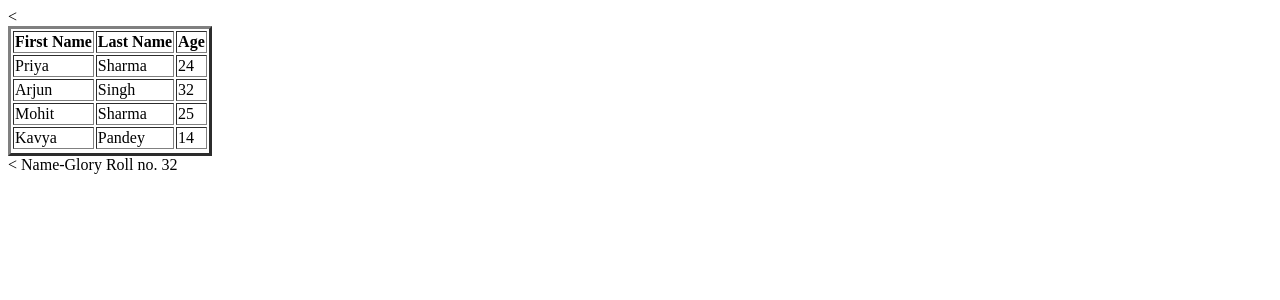
Repository: Glory998/ELCE1-32
Page: Table.html
An editor plug-in stored every save of this project. The page is shown before and after the next save, followed by the edit.
The browser window is 1280 px wide. The pictures show the whole page.

Above is the page before, as saved 2025-10-25 01:37:04.

After the next save:
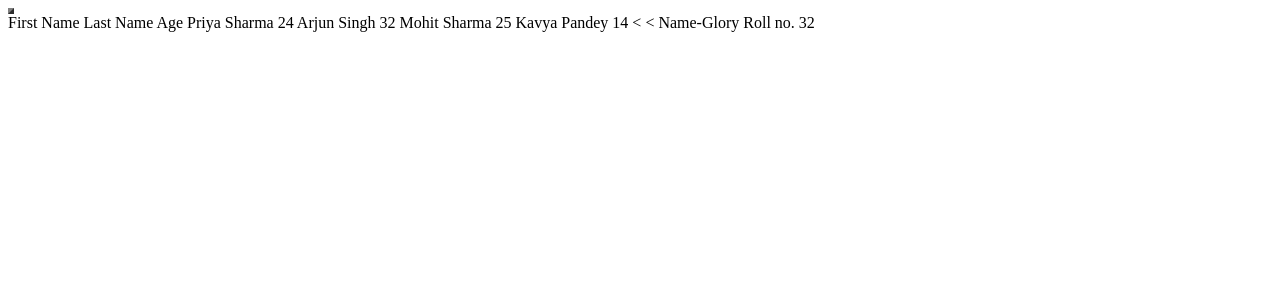
Saved 57 s later.
--- a/Table.html
+++ b/Table.html
@@ -7,6 +7,7 @@
         </head>
          <body>
         <table border="3">
+            </table>
             <tr>
             <th>First Name</th>
             <th>Last Name</th>

After the save that followed:
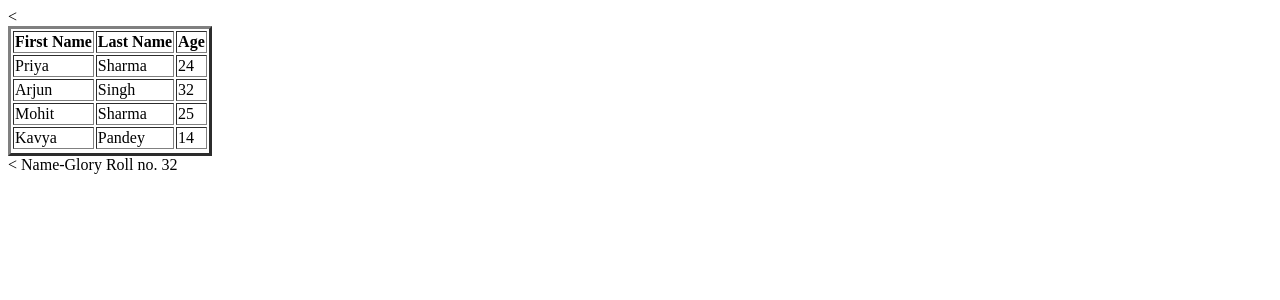
Saved 20 s later.
--- a/Table.html
+++ b/Table.html
@@ -7,7 +7,6 @@
         </head>
          <body>
         <table border="3">
-            </table>
             <tr>
             <th>First Name</th>
             <th>Last Name</th>
